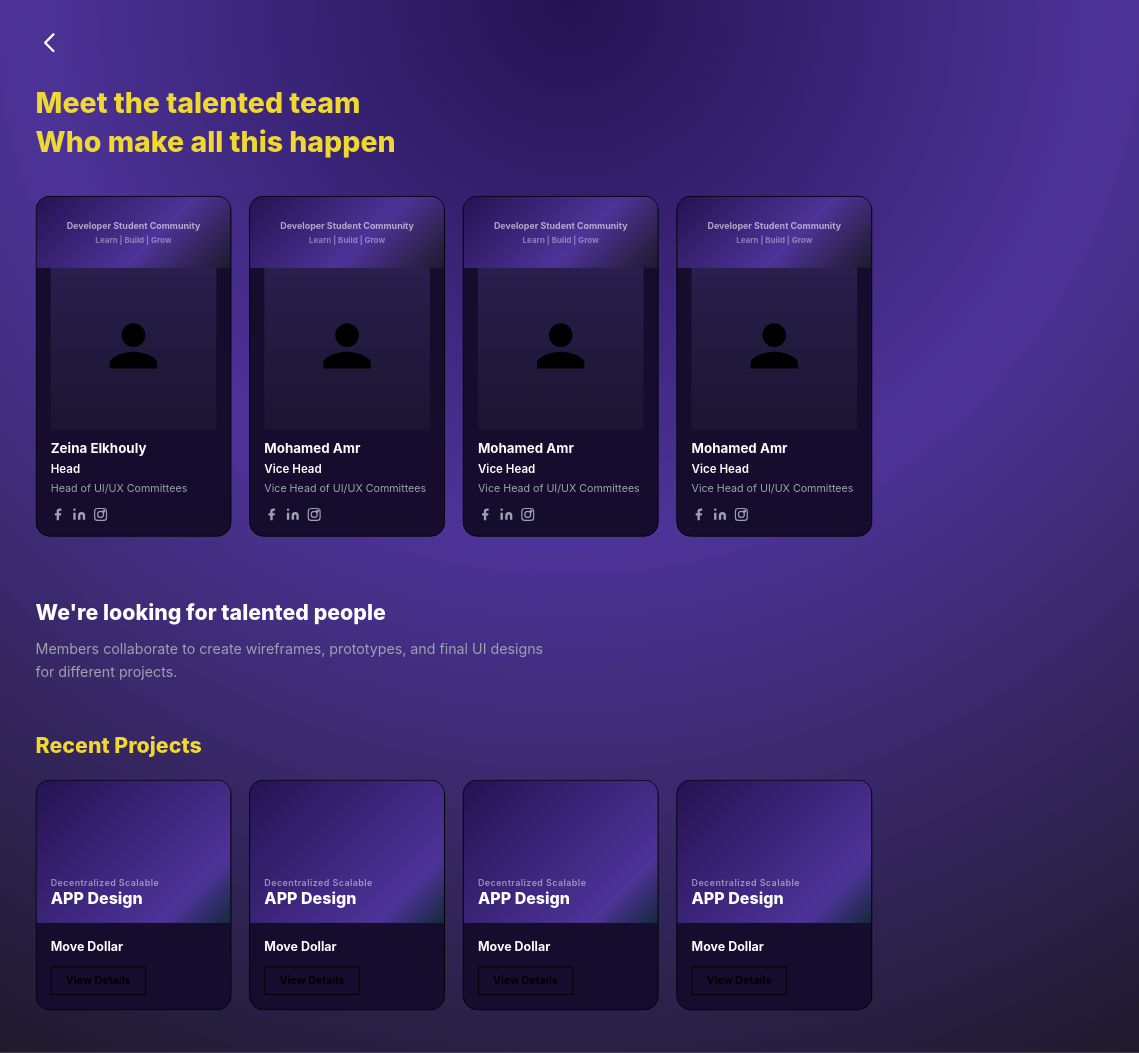
Repository: Frontend-Committee/StarUnion-Website
Page: /committees/artificial-intelligence
These files come from the project's save history. The page is drawn as it stood at one moment and after a run of saves; the edit follows.
The browser window is 1280 px wide. The pictures show the whole page, at 89% of full size.
The project was rebuilt for these pictures with package versions that can differ from the ones it lists, and the page was loaded fresh each time. Also part of the build but not shown: vite.config.js, src/features/committees/components/CommitteeBadge.jsx, src/features/committees/components/CommitteeCard.jsx, src/features/committees/pages/CommitteesPage.jsx, src/components/common/Navbar.jsx, src/components/common/Footer.jsx.

Above is the page before, as saved 2026-02-26 03:04:13.

### index.html
<!doctype html>
<html lang="en">
  <head>
    <meta charset="UTF-8" />
    <meta name="viewport" content="width=device-width, initial-scale=1.0" />
    <title>star-union</title>
  </head>
  <body>
    <div id="root"></div>
    <script type="module" src="/src/main.jsx"></script>
  </body>
</html>

### src/App.jsx
import { BrowserRouter, Route, Routes } from "react-router-dom";
import "./App.css";

import CommitteeDetailsPage from "./features/committees/pages/CommitteeDetailsPage";
import CommitteesPage from "./features/committees/pages/CommitteesPage";
import MainLayout from "./layouts/MainLayout";

function App() {
  return (
    <BrowserRouter>
      <Routes>
        <Route element={<MainLayout />}>
          <Route path="/committees" element={<CommitteesPage />} />
          <Route path="/committees/:slug" element={<CommitteeDetailsPage />} />
          {/* Fallback — redirect to committees for now */}
          <Route path="*" />
        </Route>
      </Routes>
    </BrowserRouter>
  );
}

export default App;

### src/App.css
@tailwind base;
@tailwind components;
@tailwind utilities;

/* Import Inter from Google Fonts */
@import url("https://fonts.googleapis.com/css2?family=Inter:wght@400;500;600;700;800;900&display=swap");

/* Base global styles */
* {
  margin: 0;
  padding: 0;
  box-sizing: border-box;
}

html {
  scroll-behavior: smooth;
}

body {
  font-family:
    "Inter",
    -apple-system,
    BlinkMacSystemFont,
    "Segoe UI",
    Roboto,
    sans-serif;
  -webkit-font-smoothing: antialiased;
  -moz-osx-font-smoothing: grayscale;
}

/* Hide scrollbar utility */
.scrollbar-hide {
  -ms-overflow-style: none;
  scrollbar-width: none;
}
.scrollbar-hide::-webkit-scrollbar {
  display: none;
}

### src/features/committees/pages/CommitteeDetailsPage.jsx
import { useNavigate, useParams } from "react-router-dom";
import ScrollAnimation from "../../../components/ui/ScrollAnimation";
import {
  COMMITTEES_DATA,
  MOCK_PROJECTS,
  MOCK_TEAM_MEMBERS,
} from "../../../utils/constants";
import { motion } from "framer-motion";

/* ── tiny inline social icons ── */
const SocialIcon = ({ type, href }) => {
  const icons = {
    facebook: (
      <svg viewBox="0 0 24 24" fill="currentColor" className="w-4 h-4">
        <path d="M18 2h-3a5 5 0 00-5 5v3H7v4h3v8h4v-8h3l1-4h-4V7a1 1 0 011-1h3z" />
      </svg>
    ),
    linkedin: (
      <svg viewBox="0 0 24 24" fill="currentColor" className="w-4 h-4">
        <path d="M16 8a6 6 0 016 6v7h-4v-7a2 2 0 00-4 0v7h-4v-7a6 6 0 016-6zM2 9h4v12H2zM4 6a2 2 0 100-4 2 2 0 000 4z" />
      </svg>
    ),
    instagram: (
      <svg
        viewBox="0 0 24 24"
        fill="none"
        stroke="currentColor"
        strokeWidth="2"
        className="w-4 h-4"
      >
        <rect x="2" y="2" width="20" height="20" rx="5" />
        <circle cx="12" cy="12" r="5" />
        <circle cx="17.5" cy="6.5" r="1.5" fill="currentColor" />
      </svg>
    ),
  };
  return (
    <a
      href={href}
      className="text-gray-400 hover:text-secondary transition-colors"
    >
      {icons[type]}
    </a>
  );
};

/* ── team member card ── */
const TeamCard = ({ member, delay = 0 }) => (
  <ScrollAnimation variant="fade-up" delay={delay} className="flex-shrink-0">
    <motion.div
      whileHover={{ y: -4 }}
      className="min-w-[220px] max-w-[260px] h-full rounded-[16px] overflow-hidden border border-primary/30 bg-[#160d2e]"
    >
      {/* Banner */}
      <div
        className="h-[80px] relative overflow-hidden"
        style={{
          background: `linear-gradient(135deg, #241352 0%, #4D3398 60%, #1E1A2B 100%)`,
        }}
      >
        <div className="absolute inset-0 flex items-center justify-center">
          <p className="text-[9px] text-white/60 font-bold text-center leading-tight px-3">
            <span className="text-secondary text-[10px] block">
              Developer Student Community
            </span>
            <span className="text-white/40 mt-1 block">
              Learn | Build | Grow
            </span>
          </p>
        </div>
      </div>

      {/* Photo */}
      <div className="px-4 -mt-1">
        <div className="w-full aspect-square bg-gradient-to-b from-[#2a1f4e] to-[#1a1530] rounded-lg overflow-hidden flex items-center justify-center">
          {member.photo ? (
            <img
              src={member.photo}
              alt={member.name}
              className="w-full h-full object-cover"
            />
          ) : (
            <svg
              className="w-16 h-16 text-primary/30"
              viewBox="0 0 24 24"
              fill="currentColor"
            >
              <path d="M12 12c2.7 0 5-2.3 5-5s-2.3-5-5-5-5 2.3-5 5 2.3 5 5 5zm0 2c-3.3 0-10 1.7-10 5v2h20v-2c0-3.3-6.7-5-10-5z" />
            </svg>
          )}
        </div>
      </div>

      {/* Info */}
      <div className="p-4 pt-3 flex flex-col flex-1">
        <h4 className="text-white font-bold text-[15px] leading-tight">
          {member.name}
        </h4>
        <p className="text-white text-[13px] mt-1 font-semibold">
          {member.role}
        </p>
        <p className="text-gray-400 text-[12px] mt-1 leading-snug">
          {member.description}
        </p>

        {/* Social icons */}
        <div className="flex gap-2 mt-auto pt-3">
          {member.socials?.facebook && (
            <SocialIcon type="facebook" href={member.socials.facebook} />
          )}
          {member.socials?.linkedin && (
            <SocialIcon type="linkedin" href={member.socials.linkedin} />
          )}
          {member.socials?.instagram && (
            <SocialIcon type="instagram" href={member.socials.instagram} />
          )}
        </div>
      </div>
    </motion.div>
  </ScrollAnimation>
);

/* ── project card ── */
const ProjectCard = ({ project, delay = 0 }) => (
  <ScrollAnimation variant="fade-up" delay={delay} className="flex-shrink-0">
    <motion.div
      whileHover={{ y: -4 }}
      className="min-w-[220px] max-w-[260px] h-full rounded-[16px] overflow-hidden border border-primary/30 bg-[#160d2e]"
    >
      {/* Project image area */}
      <div
        className="h-[160px] relative overflow-hidden"
        style={{
          background: `linear-gradient(135deg, #241352 0%, #4D3398 80%, #11EDA420 100%)`,
        }}
      >
        <div className="absolute inset-0 flex flex-col items-start justify-end p-4">
          <p className="text-white/50 text-[10px] font-semibold tracking-wider">
            {project.subtitle}
          </p>
          <h4 className="text-white text-[18px] font-extrabold leading-tight">
            {project.type}
          </h4>
        </div>
        {/* Decorative dots */}
        <div className="absolute top-4 right-4 flex flex-col gap-1">
          <div className="w-1.5 h-1.5 rounded-full bg-secondary/50" />
          <div className="w-1.5 h-1.5 rounded-full bg-secondary/30" />
          <div className="w-1.5 h-1.5 rounded-full bg-secondary/20" />
        </div>
      </div>

      {/* Bottom */}
      <div className="p-4 flex flex-col flex-1">
        <p className="text-white font-bold text-[14px] mb-3">{project.title}</p>
        <button className="px-4 py-[6px] text-[12px] text-secondary border border-secondary rounded-md hover:bg-secondary/10 transition-colors font-bold mt-auto self-start">
          View Details
        </button>
      </div>
    </motion.div>
  </ScrollAnimation>
);

/* ── main page ── */
export default function CommitteeDetailsPage() {
  const { slug } = useParams();
  const navigate = useNavigate();

  const committee = COMMITTEES_DATA.find((c) => c.slug === slug);

  if (!committee) {
    return (
      <div className="min-h-screen bg-gradientBg3 flex items-center justify-center">
        <p className="text-white text-h3">Committee not found</p>
      </div>
    );
  }

  return (
    <section className="min-h-screen bg-gradientBg3 py-8 px-4 md:px-8">
      <div className="max-w-[1200px] mx-auto">
        {/* Back button */}
        <ScrollAnimation variant="fade-right">
          <button
            onClick={() => navigate("/committees")}
            className="text-white hover:text-secondary transition-colors mb-8 flex items-center gap-2 group cursor-pointer"
            id="back-to-committees"
          >
            <svg
              className="w-8 h-8 group-hover:-translate-x-1 transition-transform"
              viewBox="0 0 24 24"
              fill="none"
              stroke="currentColor"
              strokeWidth="2"
            >
              <path
                strokeLinecap="round"
                strokeLinejoin="round"
                d="M15 19l-7-7 7-7"
              />
            </svg>
          </button>
        </ScrollAnimation>

        {/* Section: Meet the team */}
        <ScrollAnimation variant="fade-up" delay={100}>
          <div className="mb-10">
            <h1 className="text-tertiary text-h2 font-extrabold leading-tight">
              Meet the talented team
            </h1>
            <h2 className="text-tertiary text-h2 font-extrabold leading-tight mt-1">
              Who make all this happen
            </h2>
          </div>
        </ScrollAnimation>

        {/* Team members row */}
        <ScrollAnimation variant="fade-up" delay={200}>
          <div className="flex gap-5 overflow-x-auto pb-4 mb-14 scrollbar-hide">
            {MOCK_TEAM_MEMBERS.map((member, i) => (
              <TeamCard
                key={member.id + "-" + i}
                member={member}
                delay={i * 100}
              />
            ))}
          </div>
        </ScrollAnimation>

        {/* Section: Looking for talented people */}
        <ScrollAnimation variant="fade-up" delay={300}>
          <div className="mb-14">
            <h3 className="text-white text-h3 font-extrabold mb-3">
              We're looking for talented people
            </h3>
            <p className="text-gray-400 text-body font-normal max-w-xl leading-relaxed">
              Members collaborate to create wireframes, prototypes, and final UI
              designs for different projects.
            </p>
          </div>
        </ScrollAnimation>

        {/* Section: Recent Projects */}
        <ScrollAnimation variant="fade-up" delay={400}>
          <div>
            <h3 className="text-tertiary text-h3 font-extrabold mb-6">
              Recent Projects
            </h3>

            <div className="flex gap-5 overflow-x-auto pb-4 scrollbar-hide">
              {MOCK_PROJECTS.map((project, i) => (
                <ProjectCard
                  key={project.id + "-" + i}
                  project={project}
                  delay={i * 100}
                />
              ))}
            </div>
          </div>
        </ScrollAnimation>
      </div>
    </section>
  );
}

### src/layouts/MainLayout.jsx
import { Outlet } from "react-router-dom";
import Navbar from "../components/common/Navbar";
import Footer from "../components/common/Footer";

export default function MainLayout() {
  return (
    <div className="flex flex-col min-h-screen">
      {/* <Navbar /> */}
      <main className="flex-1">
        <Outlet />
      </main>
      {/* <Footer /> */}
    </div>
  );
}

### src/components/ui/ScrollAnimation.jsx
import { useEffect, useRef, useState } from 'react';

export default function ScrollAnimation({
    children,
    className = '',
    variant = 'fade-up',
    delay = 0,
    style
}) {
    const [isVisible, setIsVisible] = useState(false);
    const ref = useRef(null);

    useEffect(() => {
        const observer = new IntersectionObserver(([entry]) => {
            if (!entry) return;
            if (entry.isIntersecting) {
                setIsVisible(true);
                observer.disconnect();
            }
        }, { threshold: 0.1 });

        if (ref.current) observer.observe(ref.current);
        return () => observer.disconnect();
    }, []);

    const variants = {
        'fade-up': 'translate-y-10',
        'fade-down': '-translate-y-10',
        'fade-left': 'translate-x-10',
        'fade-right': '-translate-x-10',
        'zoom-in': 'scale-95'
    };

    return (
        <div
            ref={ref}
            className={`transition-all duration-700 ease-out ${isVisible
                ? 'opacity-100 transform-none'
                : `opacity-0 ${variants[variant]}`
            } ${className}`}
            style={{ transitionDelay: `${delay}ms`, ...style }}
        >
            {children}
        </div>
    );
}

### src/utils/constants.js
// Committee filter categories
export const COMMITTEE_CATEGORIES = {
  ALL: "all",
  TECHNICAL: "technical",
  NON_TECHNICAL: "non-technical",
};

// All 13 committees from Figma design
export const COMMITTEES_DATA = [
  {
    id: 1,
    name: "Video Editing",
    slug: "video-editing",
    type: "technical",
    accent: "teal",
    icon: "video",
  },
  {
    id: 2,
    name: "UI / UX",
    slug: "ui-ux",
    type: "technical",
    accent: "teal",
    icon: "uiux",
  },
  {
    id: 3,
    name: "Back-End",
    slug: "back-end",
    type: "technical",
    accent: "teal",
    icon: "backend",
  },
  {
    id: 4,
    name: "Artificial Intelligence",
    slug: "artificial-intelligence",
    type: "technical",
    accent: "teal",
    icon: "ai",
  },
  {
    id: 5,
    name: "Front-End",
    slug: "front-end",
    type: "technical",
    accent: "teal",
    icon: "frontend",
  },
  {
    id: 6,
    name: "Mobile App",
    slug: "mobile-app",
    type: "technical",
    accent: "teal",
    icon: "mobile",
  },
  {
    id: 7,
    name: "Public Relations",
    slug: "public-relations",
    type: "non-technical",
    accent: "teal",
    icon: "pr",
  },
  {
    id: 8,
    name: "HR & Quality Control",
    slug: "hr-quality-control",
    type: "non-technical",
    accent: "teal",
    icon: "hr",
  },
  {
    id: 9,
    name: "Data Analysis",
    slug: "data-analysis",
    type: "technical",
    accent: "yellow",
    icon: "data",
  },
  {
    id: 10,
    name: "Graphic Design",
    slug: "graphic-design",
    type: "technical",
    accent: "yellow",
    icon: "graphic",
  },
  {
    id: 11,
    name: "Organizing",
    slug: "organizing",
    type: "non-technical",
    accent: "yellow",
    icon: "organize",
  },
  {
    id: 12,
    name: "Digital Marketing",
    slug: "digital-marketing",
    type: "non-technical",
    accent: "yellow",
    icon: "marketing",
  },
  {
    id: 13,
    name: "Photography",
    slug: "photography",
    type: "non-technical",
    accent: "purple",
    icon: "photo",
  },
];

// Accent color mapping
export const ACCENT_COLORS = {
  teal: "#11EDA4",
  yellow: "#EFD830",
  purple: "#7441FF",
};

// Mock team members for committee details
export const MOCK_TEAM_MEMBERS = [
  {
    id: 1,
    name: "Zeina Elkhouly",
    role: "Head",
    description: "Head of UI/UX Committees",
    photo: null,
    socials: { facebook: "#", linkedin: "#", instagram: "#" },
  },
  {
    id: 2,
    name: "Mohamed Amr",
    role: "Vice Head",
    description: "Vice Head of UI/UX Committees",
    photo: null,
    socials: { facebook: "#", linkedin: "#", instagram: "#" },
  },
  {
    id: 3,
    name: "Mohamed Amr",
    role: "Vice Head",
    description: "Vice Head of UI/UX Committees",
    photo: null,
    socials: { facebook: "#", linkedin: "#", instagram: "#" },
  },
  {
    id: 4,
    name: "Mohamed Amr",
    role: "Vice Head",
    description: "Vice Head of UI/UX Committees",
    photo: null,
    socials: { facebook: "#", linkedin: "#", instagram: "#" },
  },
];

// Mock recent projects for committee details
export const MOCK_PROJECTS = [
  {
    id: 1,
    title: "Move Dollar",
    type: "APP Design",
    subtitle: "Decentralized Scalable",
  },
  {
    id: 2,
    title: "Move Dollar",
    type: "APP Design",
    subtitle: "Decentralized Scalable",
  },
  {
    id: 3,
    title: "Move Dollar",
    type: "APP Design",
    subtitle: "Decentralized Scalable",
  },
  {
    id: 4,
    title: "Move Dollar",
    type: "APP Design",
    subtitle: "Decentralized Scalable",
  },
];

### tailwind.config.js
/** @type {import('tailwindcss').Config} */
module.exports = {
    darkMode: ["class"],
    content: ["./index.html", "./src/**/*.{js,jsx,ts,tsx}"],

  theme: {
  	container: {
  		center: true,
  		padding: {
  			DEFAULT: '16px',
  			lg: '24px'
  		}
  	},
  	extend: {
  		colors: {
  			primary: {
  				DEFAULT: 'hsl(var(--primary))',
  				foreground: 'hsl(var(--primary-foreground))'
  			},
  			secondary: {
  				DEFAULT: 'hsl(var(--secondary))',
  				foreground: 'hsl(var(--secondary-foreground))'
  			},
  			tertiary: '#EFD830',
  			background: 'hsl(var(--background))',
  			text: '#111111',
  			textInvert: '#FFFFFF',
  			muted: {
  				DEFAULT: 'hsl(var(--muted))',
  				foreground: 'hsl(var(--muted-foreground))'
  			},
  			card: {
  				DEFAULT: 'hsl(var(--card))',
  				foreground: 'hsl(var(--card-foreground))'
  			},
  			cardSoft: '#C8B5FC',
  			success: '#12B76A',
  			warning: '#F59E0B',
  			error: '#EF4444',
  			bg31: '#241352',
  			bg32: '#4D3398',
  			bg33: '#1E1A2B',
  			foreground: 'hsl(var(--foreground))',
  			popover: {
  				DEFAULT: 'hsl(var(--popover))',
  				foreground: 'hsl(var(--popover-foreground))'
  			},
  			accent: {
  				DEFAULT: 'hsl(var(--accent))',
  				foreground: 'hsl(var(--accent-foreground))'
  			},
  			destructive: {
  				DEFAULT: 'hsl(var(--destructive))',
  				foreground: 'hsl(var(--destructive-foreground))'
  			},
  			border: 'hsl(var(--border))',
  			input: 'hsl(var(--input))',
  			ring: 'hsl(var(--ring))',
  			chart: {
  				'1': 'hsl(var(--chart-1))',
  				'2': 'hsl(var(--chart-2))',
  				'3': 'hsl(var(--chart-3))',
  				'4': 'hsl(var(--chart-4))',
  				'5': 'hsl(var(--chart-5))'
  			}
  		},
  		backgroundImage: {
  			gradientBg3: 'radial-gradient(circle at top, #241352 0%, #4D3398 45%, #1E1A2B 100%)',
  			gradientFooter: 'linear-gradient(135deg, #E1D6FF 0%, #7441FF 100%)',
  			gradientBrand: 'linear-gradient(135deg, #7441FF 0%, #11EDA4 50%, #EFD830 100%)'
  		},
  		fontSize: {
  			h1: [
  				'44px',
  				{
  					lineHeight: '1.1',
  					fontWeight: '800'
  				}
  			],
  			h2: [
  				'32px',
  				{
  					lineHeight: '1.15',
  					fontWeight: '800'
  				}
  			],
  			h3: [
  				'24px',
  				{
  					lineHeight: '1.2',
  					fontWeight: '800'
  				}
  			],
  			h4: [
  				'20px',
  				{
  					lineHeight: '1.25',
  					fontWeight: '800'
  				}
  			],
  			body: [
  				'16px',
  				{
  					lineHeight: '1.6',
  					fontWeight: '800'
  				}
  			],
  			caption: [
  				'14px',
  				{
  					lineHeight: '1.4',
  					fontWeight: '800'
  				}
  			],
  			micro: [
  				'12px',
  				{
  					lineHeight: '1.35',
  					fontWeight: '800'
  				}
  			]
  		},
  		spacing: {
  			'1': '4px',
  			'2': '8px',
  			'3': '12px',
  			'4': '16px',
  			'6': '24px',
  			'8': '32px',
  			'12': '48px',
  			'16': '64px'
  		},
  		margin: {
  			'section-sm': '24px',
  			'section-md': '32px',
  			'section-lg': '48px',
  			'section-xl': '64px'
  		},
  		padding: {
  			'section-sm': '24px',
  			'section-md': '32px',
  			'section-lg': '48px',
  			'section-xl': '64px'
  		},
  		boxShadow: {
  			soft: '0 4px 10px rgba(0,0,0,0.1)'
  		},
  		borderRadius: {
  			card: '16px',
  			lg: 'var(--radius)',
  			md: 'calc(var(--radius) - 2px)',
  			sm: 'calc(var(--radius) - 4px)'
  		}
  	}
  },

  plugins: [require("tailwindcss-animate")],
};

Loaded but not shown: src/main.jsx (common file)

After the next 3 saves:
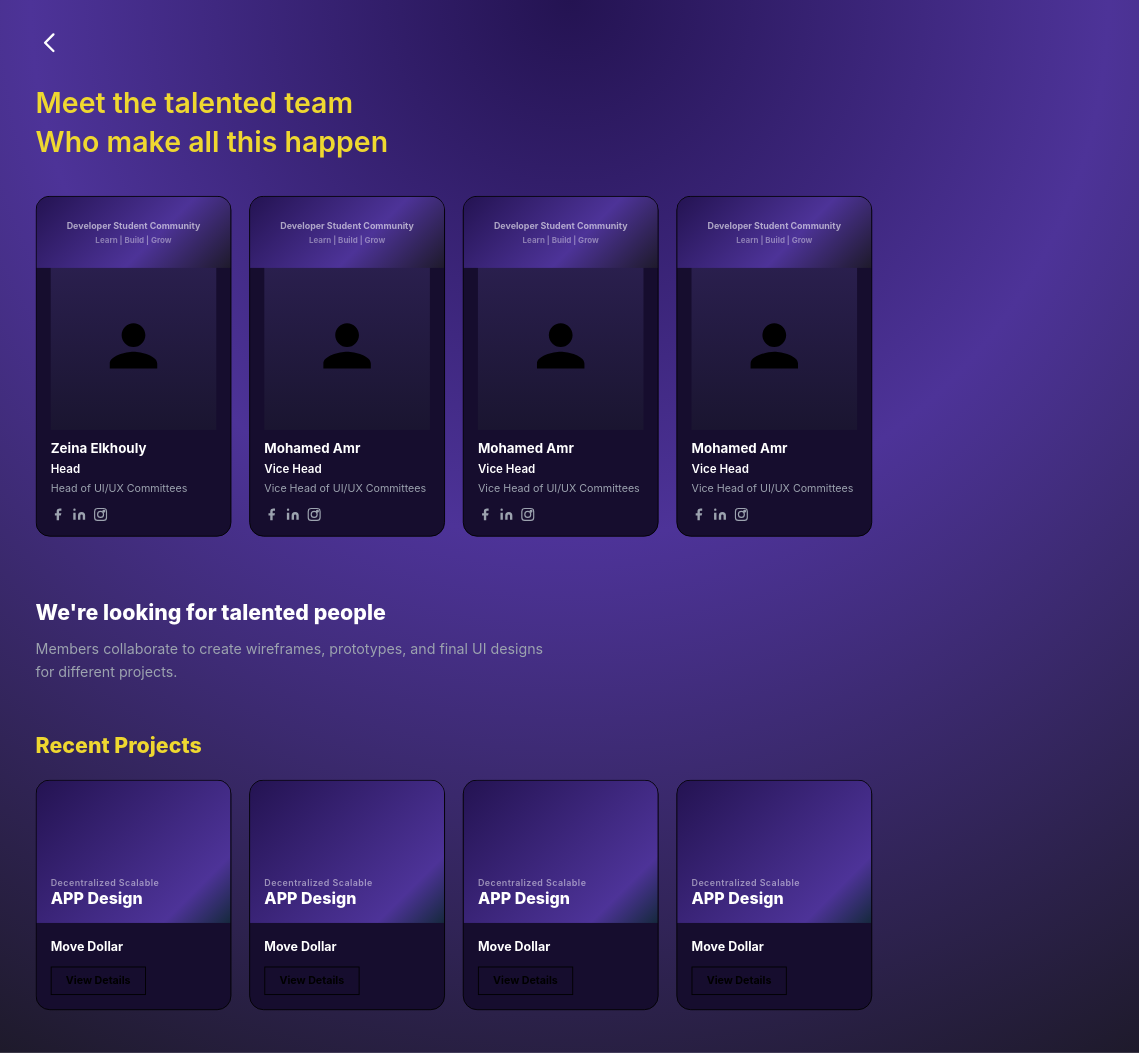
The 3 saves are shown as one change because they came seconds apart.
The last was saved 10 s later.
--- a/src/features/committees/pages/CommitteeDetailsPage.jsx
+++ b/src/features/committees/pages/CommitteeDetailsPage.jsx
@@ -205,10 +205,10 @@ export default function CommitteeDetailsPage() {
         {/* Section: Meet the team */}
         <ScrollAnimation variant="fade-up" delay={100}>
           <div className="mb-10">
-            <h1 className="text-tertiary text-h2 font-extrabold leading-tight">
+            <h1 className="text-tertiary text-h2 font-semibold leading-tight">
               Meet the talented team
             </h1>
-            <h2 className="text-tertiary text-h2 font-extrabold leading-tight mt-1">
+            <h2 className="text-tertiary text-h2 font-semibold leading-tight mt-1">
               Who make all this happen
             </h2>
           </div>
